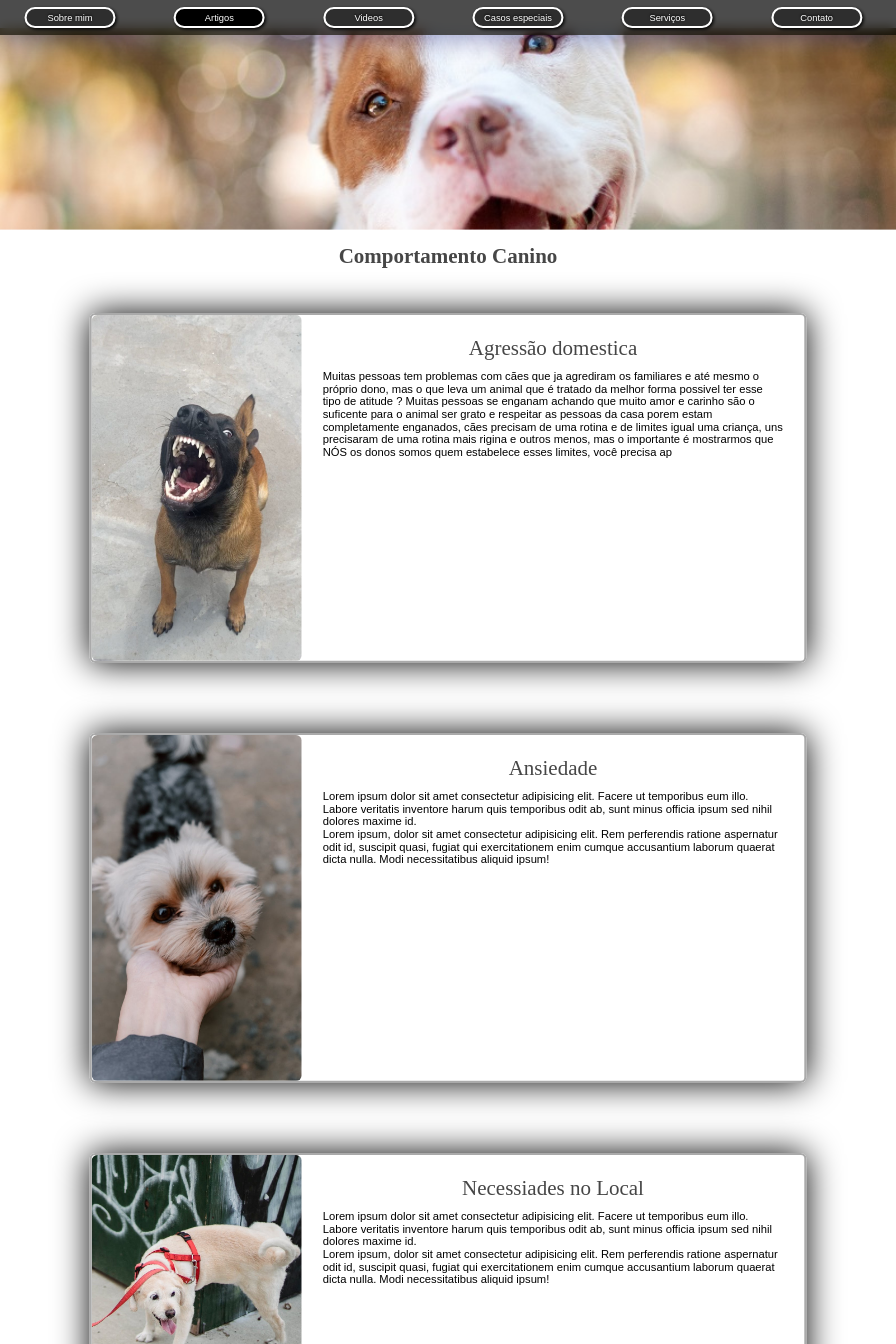
Repository: KevynMarques/Blog-React-StyledComponent
Page: /, after clicking the first element matching `button.sc-eqUAAy`
These files come from the project's save history. The page is drawn as it stood at one moment and after the next save; the edit follows.
The browser window is 1280 px wide. The pictures show the part of the page from y = 0 to 1920 px (the page is 3448 px tall), at 70% of full size.
The project was rebuilt for these pictures with package versions that can differ from the ones it lists, and the page was loaded fresh each time. Also part of the build but not shown: src/Components/Clientes/index.jsx, src/Components/Serviços/index.jsx, src/Components/Contato/index.jsx, src/Components/View/index.jsx.

Above is the page before, as saved 2022-02-21 15:25:10.

### public/index.html
<!DOCTYPE html>
<html lang="pt-BR">
  <head>
    <meta charset="utf-8" />
    <link rel="icon" href="%PUBLIC_URL%/favicon.ico" />
    <meta name="viewport" content="width=device-width, initial-scale=1" />
    <meta name="theme-color" content="#000000" />
    <meta
      name="description"
      content="Web site created using create-react-app"
    />
    <link rel="apple-touch-icon" href="%PUBLIC_URL%/logo192.png" />
    <!--
      manifest.json provides metadata used when your web app is installed on a
      user's mobile device or desktop. See https://developers.google.com/web/fundamentals/web-app-manifest/
    -->
    <!--
      Notice the use of %PUBLIC_URL% in the tags above.
      It will be replaced with the URL of the `public` folder during the build.
      Only files inside the `public` folder can be referenced from the HTML.

      Unlike "/favicon.ico" or "favicon.ico", "%PUBLIC_URL%/favicon.ico" will
      work correctly both with client-side routing and a non-root public URL.
      Learn how to configure a non-root public URL by running `npm run build`.
    -->
    <title>Adestramento DK</title>
  </head>
  <body>
    <noscript>You need to enable JavaScript to run this app.</noscript>
    <div id="root"></div>
    <!--
      This HTML file is a template.
      If you open it directly in the browser, you will see an empty page.

      You can add webfonts, meta tags, or analytics to this file.
      The build step will place the bundled scripts into the <body> tag.

      To begin the development, run `npm start` or `yarn start`.
      To create a production bundle, use `npm run build` or `yarn build`.
    -->
  </body>
</html>

### src/App.jsx
import Home from './Pages/Home';
import Sobre from './Components/Sobre/index';
import { useState, useEffect } from 'react';
import { GlobalStyle } from './GlobalStyle';
import Geral from './Components/Geral/index';


function App() {

  const [geral, setGeral]=useState(<Sobre />);

  return (
    <>
    <Home setGeral={setGeral} geral={geral}  />
    <Geral geral={geral} />
    <GlobalStyle/>
   </>
  );
}

export default App;

### src/Pages/Home/index.jsx
import React, {useState} from "react"
import {  Home, Videos, Comportamental, Serviços, Diversos, Contato } from "../../Components/Buttons/Style"
import Sobre from '../../Components/Sobre/index'
import Comport  from '../../Components/Artigos/index'
import Clientes from '../../Components/Clientes/index'
import Serv from "../../Components/Serviços"
import Cont from '../../Components/Contato/index'
import View from "../../Components/View"
import { ContainerHeader } from "../../Components/Containers/style"




export default (props) => {

  const [ativo, setAtivo] = useState(false)
  const [ativoVideos, setAtivoVideos] = useState(true)
  const [ativoComp, setComp] = useState(true)
  const [Casos, setCasos] = useState(true)
  const [serviços, setServiços] = useState(true)
  const [contato, setContato] = useState(true)


  return (
   <>
    <ContainerHeader>

       <Home
         setAtivo={setAtivo}
         ativo={ativo}
         onClick={()=>(props.setGeral(<Sobre />),
         setAtivo(false),
         setAtivoVideos(true),
         setComp(true),
         setCasos(true),
         setServiços(true)
         )}>
         <p>Sobre mim</p>
      </Home>


       <Comportamental
          onClick={() =>(props.setGeral(<Comport />),
          setAtivo(true),
          setAtivoVideos(true),
          setComp(false),
          setCasos(true),
          setServiços(true))}

          setComp={setComp}
          ativoComp={ativoComp}>

         <p>Artigos</p>
       </Comportamental>

       <Videos
        ativoEquip={ativoVideos}
        setAtivoVideos={setAtivoVideos}
        onClick={()=>(props.setGeral(<View />),
        setAtivo(true),
        setAtivoVideos(false),
        setComp(true),
        setCasos(true),
        setServiços(true)
        )}>
        <p>Videos</p>
       </Videos>

       <Diversos
          onClick={() =>(props.setGeral(<Clientes />),
          setAtivo(true),
          setAtivoVideos(true),
          setComp(true),
          setCasos(false),
          setServiços(true))}
          setCasos={setCasos}
          Casos={Casos}>
         <p>Casos especiais</p>
       </Diversos>


       <Serviços onClick={() =>(props.setGeral(<Serv />),
        setAtivo(true),
        setAtivoVideos(true),
        setComp(true),
        setCasos(true),
        setServiços(false))}
        setServiços={setServiços}
        serviços={serviços}>
         <p>Serviços</p>
       </Serviços>

       <Contato onClick={() =>(props.setGeral(<Cont />),
        setAtivo(true),
        setAtivoVideos(true),
        setComp(true),
        setCasos(true),
        setServiços(true),
        setContato(false)
       )}
          setContato={setContato}
          contato={contato}>
         <p>Contato</p>
      </Contato>

    </ContainerHeader>
    </>
  );
}

### src/Components/Sobre/index.jsx
import Foto from '../Image/foto.png'
import LV from '../Image/LV.jpg';
import Dog from '../Image/Dog.png'
import { Tittle } from "../Textos&Titles/style";
import { ContainerBaner, ContainerBox, ContainerIMG } from "../Containers/style";
import { Info } from "../Textos&Titles/style";
import { SubTitle } from '../Textos&Titles/style';
import { TitleInfo } from '../Textos&Titles/style';


export default () => {
  return (
<>
     <ContainerBaner>
      <img src={Dog} />
     </ContainerBaner>

   <Tittle>
          Adestramento DK
  </Tittle>


  <ContainerBox>
       <ContainerIMG>
        <img src={Foto} />
       </ContainerIMG>
       <Info>
       <TitleInfo>Quem sou eu</TitleInfo>
       meu nome é Kevyn Marques sempre fui um apaixonado por cães, no ano de 2017 tive o prazer
       de fazer parte do 2BPE  onde pude ter  meu primeiro contato com cães de trabalho tanto de faro como de guarda, encantando com aqueles animais comecei a pesquisar e estudar sobre comportamento canino  e desde la eu nunca mais parei, ao longo da minha jornada como adestrador fiz inumeros cursos com pessoas que estão na aréa do adestramento a anos, tanto no esporte canino como no treinamento pet podendo ter uma visão ampla e diversificade de cada caso que passa pelas minhas mãos, tenho um orgulho enorme dos meus resultados, acredito que todos com a orientação adequada podem ter uma vida em harmonia com seus cães independente do tamanho do problema ele sempre tera solução.
       </Info>
       </ContainerBox>

  <SubTitle>  Viper e Logan !
  </SubTitle>


    <ContainerBox>
       <ContainerIMG>
        <img src={LV} />
       </ContainerIMG>
       <Info>
       <TitleInfo>Nosso dia a dia</TitleInfo>
       Apesar de ter tido cães a vida toda o meu primeiro cão de trabalho foi o Logan, meu pastor Belga Malinois que se encontra ao lado direito da foto, com o Logan vieram inumeros desafios afinal é uma raça dificil de lidar, temperamento forte muita disposição e um drive de caça altissimo, porem com a tecnica é o conhecimento adequado o Logan se tornou a melhor companhia que ja tive na vida, ja o Mali mais escuro na foto é o Viper, minha paixão por Malinois so aumenta e com isso veio mais um para familia, o pequeno Viper é bem diferente do Logan, um cão mais calmo e de um temperamento extremamente equilibrado por enquanto ainda não sei se irei treina-lo para guarda e proteção como o Logan, porem uma coisa é certa, eles fazem uma dupla e tanto !! Irei postar videos rotineiros dos treinos de ambos e espero que vocês acompanhem !
       </Info>
   </ContainerBox>
</>

  );
}

### src/GlobalStyle.jsx
import { createGlobalStyle } from 'styled-components';

 export const GlobalStyle = createGlobalStyle`
  * {
    margin: 0;
    padding: 0;
    box-sizing: border-box;

  }
`;

### src/Components/Geral/index.jsx
import React from "react"

export default (props) => {

  return (

    <>
    {props.geral}
    </>

  );

}

### src/Components/Buttons/Style.jsx
import styled from "styled-components";


export const Home = styled.button `
background:${props => props.ativo ? '#2e2e2e' : '#000000'};
font-family: Arial, Helvetica, sans-serif;
font-style:normal;
color:#ffffff;
border:3px solid #ffffff;
text-shadow:0px -1px 3px #000000;
box-shadow:2px 2px 5px #000000;
box-shadow:2px 2px 5px #000000;
box-shadow:2px 2px 5px #000000;
border-radius:25px 25px 25px 25px;
border-radius:25px 25px 25px 25px;
border-radius:25px 25px 25px 25px;
width:130px;
height: 30px;

&:hover {
  background-color: black;
}

cursor:pointer;
margin:0 auto;
margin-left: 35px;

&:active {
  transform: scale(0.9);
}

`;


export const Videos = styled(Home) `

background:${props => props.ativoEquip ? '#2e2e2e' : '#000000'};

`;

export const Comportamental = styled(Home) `

background:${props => props.ativoComp ? '#2e2e2e' : '#000000'};

`;


export const Diversos = styled(Home) `

background:${props => props.Casos? '#2e2e2e' : '#000000'};

`;


export const Serviços = styled(Home) `

background:${props => props.serviços? '#2e2e2e' : '#000000'};

`;

export const Contato = styled(Home) `

background:#2e2e2e;

`;

### src/Components/Artigos/index.jsx
import Dog from '../Image/pitbull.jpeg'
import Agress from '../Image/agressao.png'
import York from '../Image/york.jpeg'
import Xixi from '../Image/xixi.jpeg'
import Passeio from '../Image/Passeio.jpeg'
import Bagunça from '../Image/bagunça.jpg'
import { Info, SubTitle } from '../Textos&Titles/style'
import { ContainerBaner, ContainerBox, ContainerIMG } from '../Containers/style'
import { TitleInfo } from '../Textos&Titles/style'

export default () => {
  return (
    <>
    <ContainerBaner>
    <img src={Dog} />
    </ContainerBaner>

    <SubTitle>
      Comportamento Canino
     </SubTitle>

      <ContainerBox>
       <ContainerIMG>
        <img src={Agress} />
       </ContainerIMG>
       <Info>
       <TitleInfo>Agressão domestica</TitleInfo>
       Muitas pessoas tem problemas com cães que ja agrediram os familiares e até mesmo o próprio dono, mas o que leva um animal que é tratado
       da melhor forma possivel ter esse tipo de atitude ? Muitas pessoas se enganam achando que muito amor e carinho são o suficente para o animal ser grato e respeitar as pessoas da casa porem estam completamente enganados, cães precisam de uma rotina e de limites igual uma criança, uns precisaram de uma rotina mais rigina e outros menos, mas o importante é mostrarmos que NÓS os donos somos quem estabelece esses limites, você precisa ap
        </Info>
       </ContainerBox>

       <ContainerBox>
       <ContainerIMG>
        <img src={York} />
       </ContainerIMG>
       <Info>
       <TitleInfo>Ansiedade</TitleInfo>
       Lorem ipsum dolor sit amet consectetur adipisicing elit. Facere ut temporibus eum illo. Labore veritatis inventore harum quis temporibus odit ab, sunt minus officia ipsum sed nihil dolores maxime id.
       <br></br>
        Lorem ipsum, dolor sit amet consectetur adipisicing elit. Rem perferendis ratione aspernatur odit id, suscipit quasi, fugiat qui  exercitationem  enim cumque accusantium laborum quaerat dicta nulla. Modi necessitatibus aliquid ipsum!
        </Info>
       </ContainerBox>

       <ContainerBox>
       <ContainerIMG>
        <img src={Xixi} />
       </ContainerIMG>
       <Info>
       <TitleInfo>Necessiades no Local</TitleInfo>
       Lorem ipsum dolor sit amet consectetur adipisicing elit. Facere ut temporibus eum illo. Labore veritatis inventore harum quis temporibus odit ab, sunt minus officia ipsum sed nihil dolores maxime id.
       <br></br>
        Lorem ipsum, dolor sit amet consectetur adipisicing elit. Rem perferendis ratione aspernatur odit id, suscipit quasi, fugiat qui  exercitationem  enim cumque accusantium laborum quaerat dicta nulla. Modi necessitatibus aliquid ipsum!
        </Info>
       </ContainerBox>


       <ContainerBox>
       <ContainerIMG>
        <img src={Passeio} />
       </ContainerIMG>
       <Info>
       <TitleInfo>Passeio</TitleInfo>
       Lorem ipsum dolor sit amet consectetur adipisicing elit. Facere ut temporibus eum illo. Labore veritatis inventore harum quis temporibus odit ab, sunt minus officia ipsum sed nihil dolores maxime id.
       <br></br>
        Lorem ipsum, dolor sit amet consectetur adipisicing elit. Rem perferendis ratione aspernatur odit id, suscipit quasi, fugiat qui  exercitationem  enim cumque accusantium laborum quaerat dicta nulla. Modi necessitatibus aliquid ipsum!
        </Info>
       </ContainerBox>


       <ContainerBox>
       <ContainerIMG>
        <img src={Bagunça} />
       </ContainerIMG>
       <Info>
       <TitleInfo>Destruição de objetos</TitleInfo>
       Lorem ipsum dolor sit amet consectetur adipisicing elit. Facere ut temporibus eum illo. Labore veritatis inventore harum quis temporibus odit ab, sunt minus officia ipsum sed nihil dolores maxime id.
       <br></br>
        Lorem ipsum, dolor sit amet consectetur adipisicing elit. Rem perferendis ratione aspernatur odit id, suscipit quasi, fugiat qui  exercitationem  enim cumque accusantium laborum quaerat dicta nulla. Modi necessitatibus aliquid ipsum!
        </Info>
       </ContainerBox>
    </>
  );
}

### src/Components/Containers/style.jsx
import  styled  from "styled-components";



export const  ContainerHeader  = styled.div `
     width: 100vw;
     height: 50px;
     margin: 0;
     position: fixed;
     z-index: 99999;
     background: rgba( 0, 0, 0, 0.7 );
     box-shadow: 0 8px 32px 0 rgba( 31, 38, 135, 0.37 );
     backdrop-filter: blur( 7.5px );
     -webkit-backdrop-filter: blur( 7.5px );
     color:white;
     display: flex;
     align-items: center;
     justify-content: center;
`;



export const ContainerBaner= styled.div `
  width: 100%;
  height: 40vh;


    img {
    width: 100%;
    height: 100%;
    object-fit: cover;
    margin-top: 40px;

    }
`;


export const  ContainerBox = styled.section `
  height: 500px;
  border: solid 3px #aaaaaa;
  width: 80vw;
  margin: 100px  10%;
  border-radius: 8px;
  box-shadow: 0 0 3em Black;
  display: flex;
  `;


export const ContainerIMG = styled.div `

    min-width:300px;
    height:494px;

  img {
    object-fit: cover;
    width: 100%;
    height: 100%;
    border-radius: 8px;
  }

`;

### src/Components/Textos&Titles/style.jsx
import styled from 'styled-components'



export const Tittle = styled.h1`
@import url('https://fonts.googleapis.com/css2?family=Bangers&display=swap');
color: #312f2f;
font-size: 60px;
font-family: 'Bangers', cursive;
text-align: center;
height: 40px;
margin-top: 45px;
`;


export const Info = styled.p`
 margin: 30px;
 font-family: Arial, Helvetica, sans-serif;
`;


export const SubTitle = styled.h2 `
 text-align: center;
 font-size: 30px;
 margin-top: 60px;
 font-family: Arial, Helvetica, sans-serif;
 color: #464646;
 margin-bottom: -35px;
 font-family: 'Bangers', cursive;
`;


export const TitleInfo = styled.div `
 text-align: center;
 font-size: 30px;
 font-family: Arial, Helvetica, sans-serif;
 color: #464646;
 font-family: 'Bangers', cursive;
 margin-bottom: 15px;
`;

Loaded but not shown: src/index.js (common file)

After the next save:
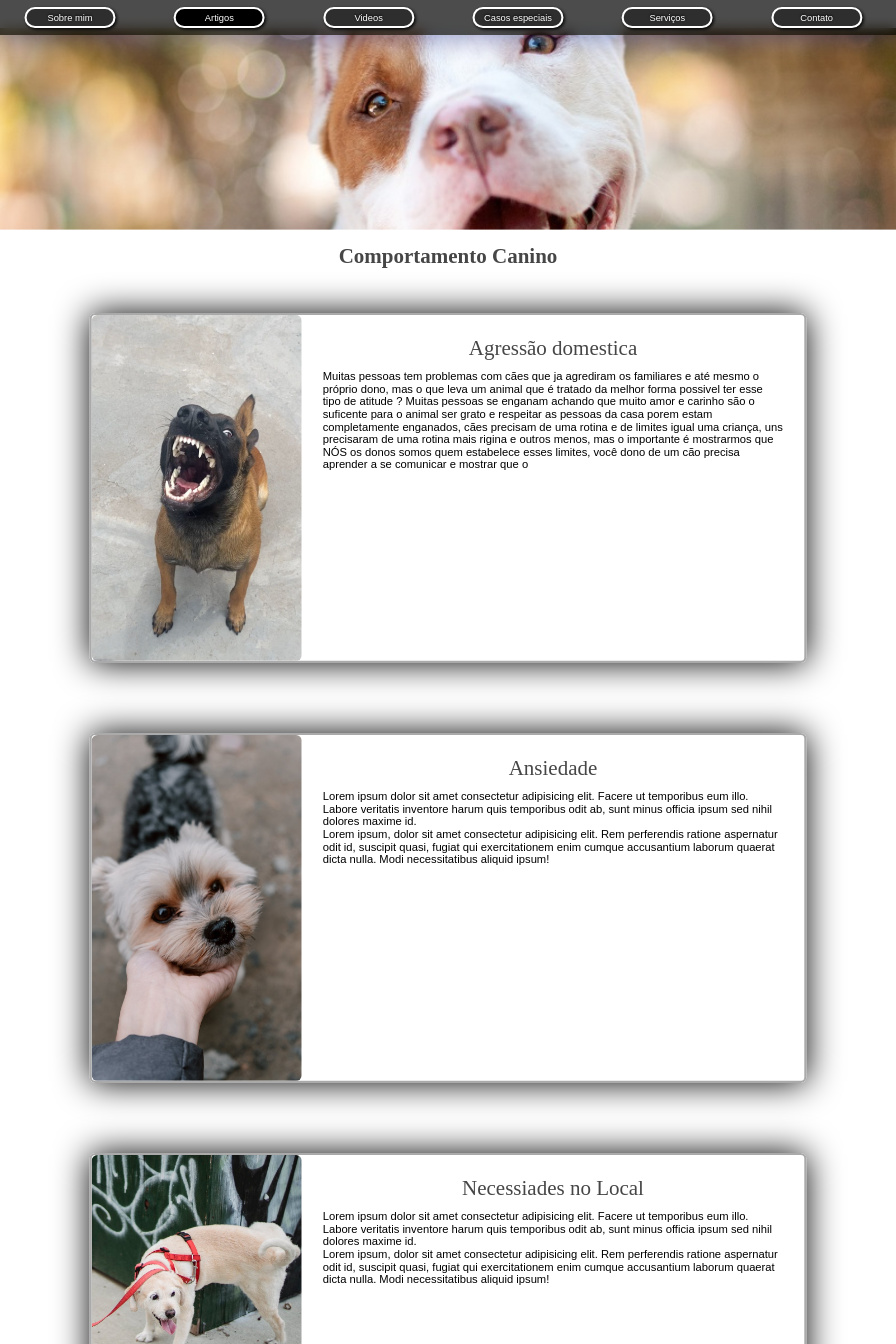
Saved 12 s later.
--- a/src/Components/Artigos/index.jsx
+++ b/src/Components/Artigos/index.jsx
@@ -26,7 +26,7 @@ export default () => {
        <Info>
        <TitleInfo>Agressão domestica</TitleInfo>
        Muitas pessoas tem problemas com cães que ja agrediram os familiares e até mesmo o próprio dono, mas o que leva um animal que é tratado
-       da melhor forma possivel ter esse tipo de atitude ? Muitas pessoas se enganam achando que muito amor e carinho são o suficente para o animal ser grato e respeitar as pessoas da casa porem estam completamente enganados, cães precisam de uma rotina e de limites igual uma criança, uns precisaram de uma rotina mais rigina e outros menos, mas o importante é mostrarmos que NÓS os donos somos quem estabelece esses limites, você precisa ap
+       da melhor forma possivel ter esse tipo de atitude ? Muitas pessoas se enganam achando que muito amor e carinho são o suficente para o animal ser grato e respeitar as pessoas da casa porem estam completamente enganados, cães precisam de uma rotina e de limites igual uma criança, uns precisaram de uma rotina mais rigina e outros menos, mas o importante é mostrarmos que NÓS os donos somos quem estabelece esses limites, você dono de um cão precisa aprender a se comunicar e mostrar que o
         </Info>
        </ContainerBox>
 
